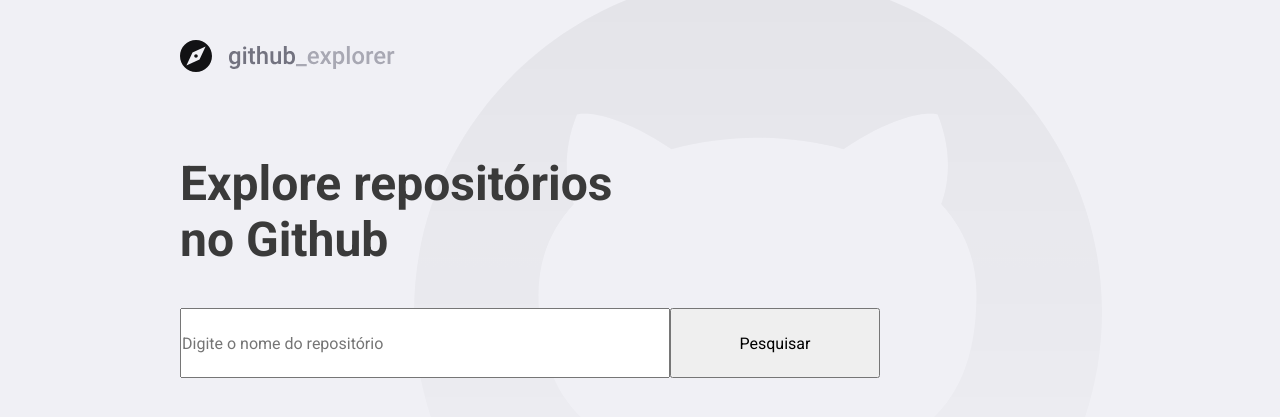
Repository: ramonmjr/projeto-repositorios-git-react
Page: /
The author's editor kept a copy of each file at every save. The page is drawn from the files as they stood at one save, then again after the next save.
The browser window is 1280 px wide. The pictures show the whole page.
The project was rebuilt for these pictures with package versions that can differ from the ones it lists, and the page was loaded fresh each time. A package was used in the major version that the imports need, not the one package.json lists. Also part of the build but not shown: src/pages/Repository/index.tsx.

Above is the page before, as saved 2020-10-21 16:51:14.

After the next save:
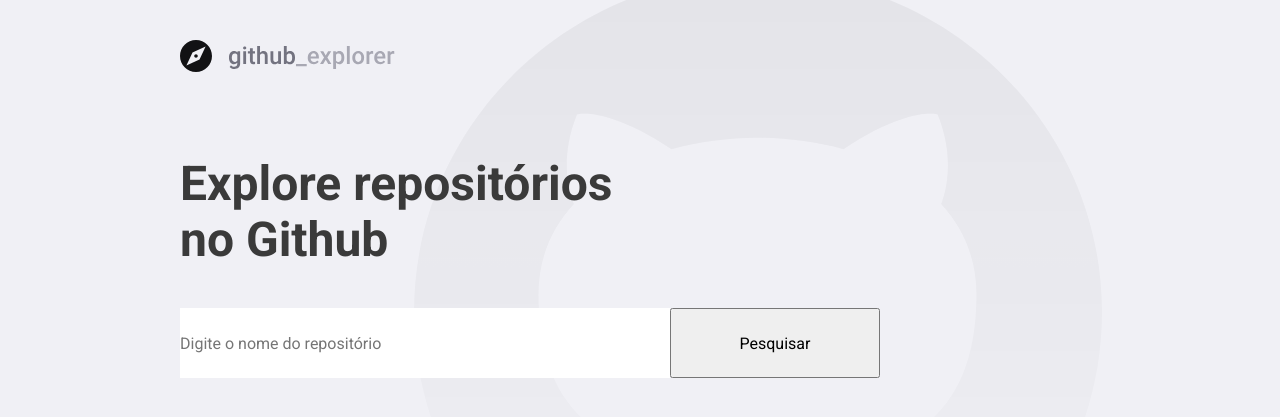
Saved 118 s later.
--- a/src/pages/Dashboard/styles.ts
+++ b/src/pages/Dashboard/styles.ts
@@ -16,6 +16,8 @@
   input {
     flex: 1;
     height: 70px;
+    padding: 0 24;
+    border: 0;
   }
 
   button {
